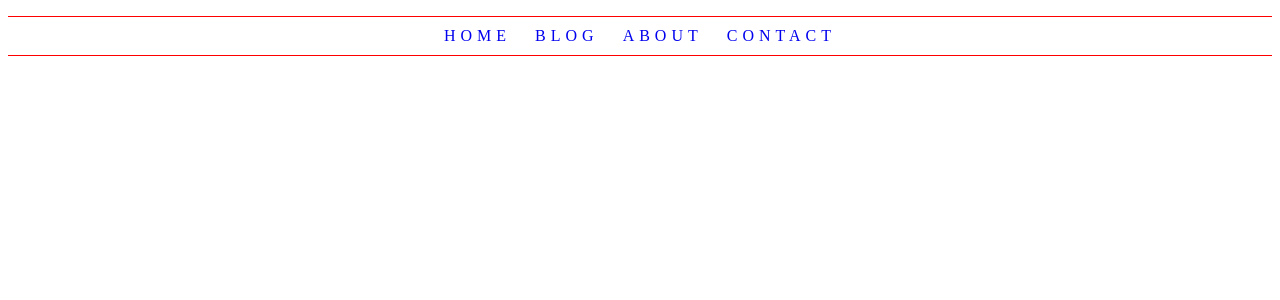
Repository: daehyeonhong/HTML
Page: ch05/WebContent/horizontal-list.html
The author's editor kept a copy of each file at every save. The page is drawn from the files as they stood at one save, then again after the next save.
The browser window is 1280 px wide. The pictures show the whole page.

Above is the page before, as saved 2020-05-20 01:34:28.

After the next save:
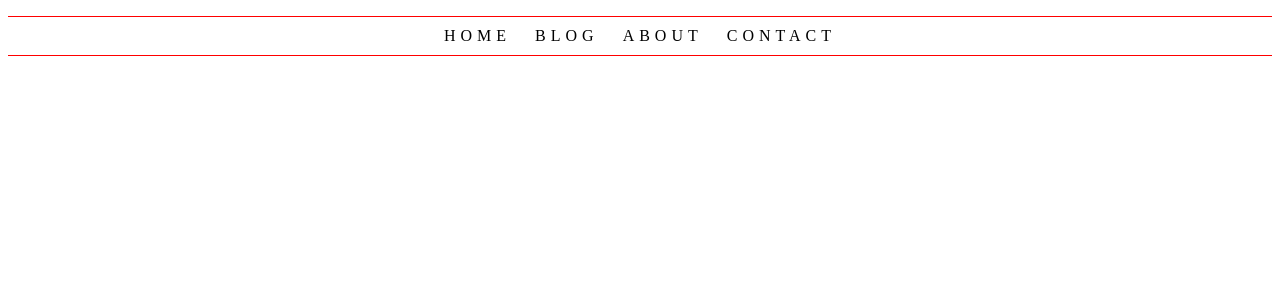
Saved 20 s later.
--- a/ch05/WebContent/horizontal-list.html
+++ b/ch05/WebContent/horizontal-list.html
@@ -22,6 +22,8 @@ ul {
 
 ul li a{
 	text-decoration: none;
+	color: black;
+
 }
 </style>
 </head>
